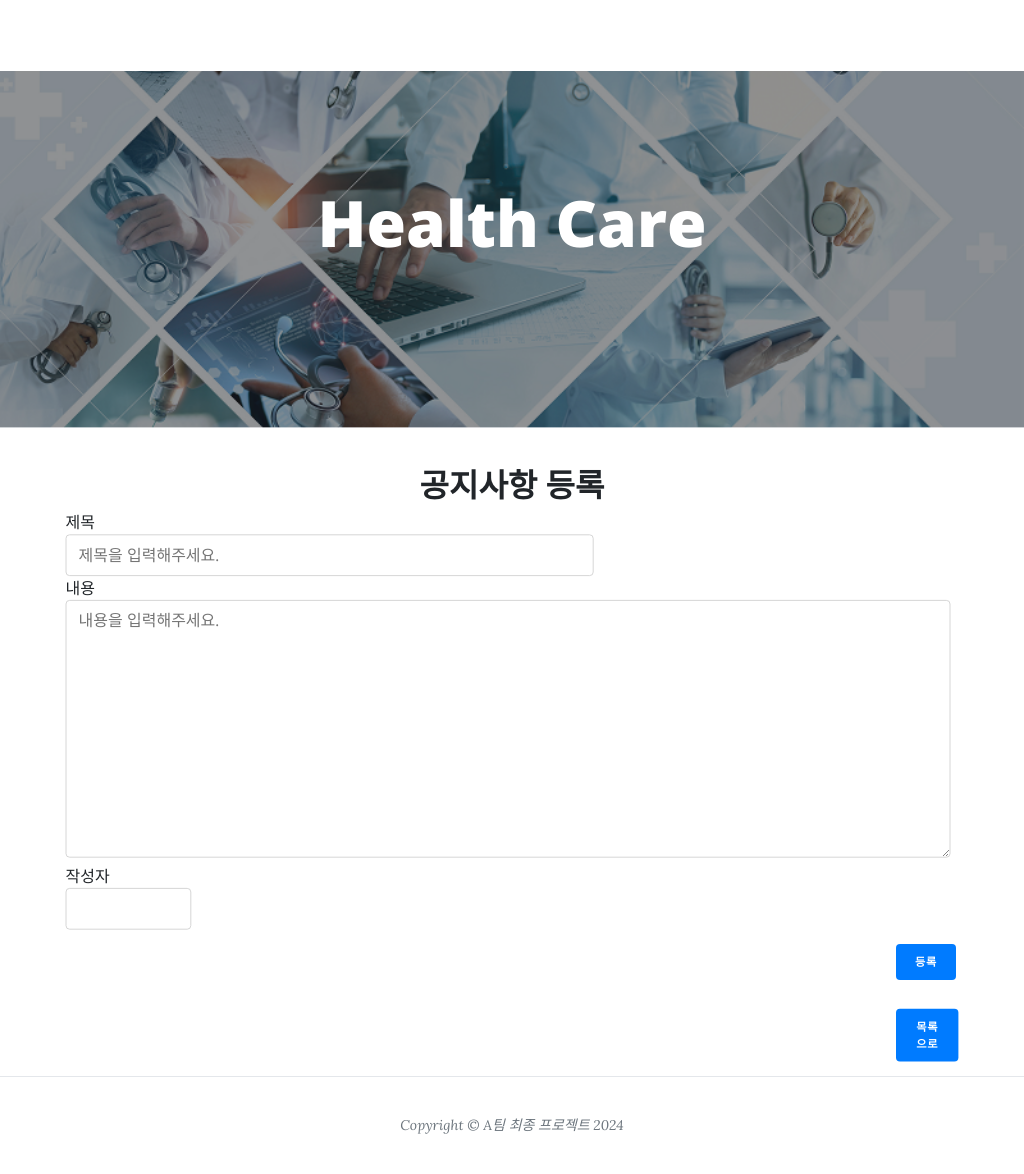
Repository: honsb91/project
Page: http://localhost/hospital/WEB-INF/views/board/notwriter.jsp
An editor plug-in stored every save of this project. The page is shown before and after the next save, followed by the edit.
The browser window is 1280 px wide. The pictures show the whole page, at 80% of full size.
Some web libraries are served in a nearby version. The page is served by Tomcat 9. Nobody is signed in. Other server files are loaded and not shown. The template is opened directly, without the code that normally fills it, so the values that code supplies are empty.

Above is the page before, as saved 2024-02-07 04:05:55.

### hospital/src/main/webapp/WEB-INF/views/board/notwriter.jsp
<%@ page language="java" contentType="text/html; charset=UTF-8"
    pageEncoding="UTF-8"%>
<!DOCTYPE html>
<html>
<head>
<meta charset="UTF-8">
<title>Insert title here</title>
</head>
<link rel="stylesheet" href="/resources/css/board/notwriter.css">
<script src="https://ajax.googleapis.com/ajax/libs/jquery/3.3.1/jquery.min.js"></script>
<body>
<jsp:include page="/WEB-INF/views/include/header.jsp"/>
<h1>공지사항 등록</h1>
<form id="notice_form" action="/board/notwriter" method="post">
<div class="container">
    <div class="form-container">
        <div class="menu">제목</div>
           <input type="text" name="notice_title" class="notice-subject" placeholder=" 제목을 입력해주세요.">
    </div>
    <div class="form-container">
        <div class="menu">내용</div>
           <textarea name="notice_content" cols="30" rows="10" placeholder=" 내용을 입력해주세요." class="content"></textarea>
    </div>
    <div class="form-container">
        <div class="menu">작성자</div>
        <input type="text" name="notice_writer" id="writer" class="notice-subject">
    </div>
    <div class="button-container">
    <button type="submit" class="btn">등록</button>
    <button type="button" class="btn" id="notice_list">목록으로</button>
    </div>
    </div>
</form>
<jsp:include page="/WEB-INF/views/include/footer.jsp"/>
</body>
<script>
$(document).ready(function(){
    $("#notice_list").click(function(){
        // 목록 페이지로 이동
        window.location.href = "/board/notice";
    });
});
</script>
</html>

### hospital/src/main/webapp/WEB-INF/views/include/header.jsp
<%@ page language="java" contentType="text/html; charset=UTF-8"
	pageEncoding="UTF-8"%>
<%@ taglib prefix="c" uri="http://java.sun.com/jsp/jstl/core"%>
<meta charset="UTF-8">`
<title>Insert title here</title>
<head>
<meta charset="utf-8" />
<meta name="viewport" content="width=device-width, initial-scale=1, shrink-to-fit=no" />
<meta name="description" content="" />
<meta name="author" content="" />
<link rel="icon" type="image/x-icon" href="/resources/assets/favicon.ico" />
<script src="https://use.fontawesome.com/releases/v6.3.0/js/all.js" crossorigin="anonymous"></script>
<link href="https://fonts.googleapis.com/css?family=Lora:400,700,400italic,700italic" rel="stylesheet" type="text/css" />
<link href="https://fonts.googleapis.com/css?family=Open+Sans:300italic,400italic,600italic,700italic,800italic,400,300,600,700,800"
	rel="stylesheet" type="text/css" />
<link href="/resources/css/styles.css" rel="stylesheet" />
</head>
<body>
	<!-- Navigation-->
	<nav class="navbar navbar-expand-lg navbar-light" id="mainNav">
		<div class="container px-4 px-lg-5">
			<a class="navbar-brand" href="/main">Health Care</a>
			<button class="navbar-toggler" type="button"
				data-bs-toggle="collapse" data-bs-target="#navbarResponsive"
				aria-controls="navbarResponsive" aria-expanded="false"
				aria-label="Toggle navigation">
				Menu <i class="fas fa-bars"></i>
			</button>
			<div class="collapse navbar-collapse" id="navbarResponsive">
				<ul class="navbar-nav ms-auto py-4 py-lg-0 ">
    				<li class="nav-item"><a class="nav-link px-lg-3 py-3 py-lg-4" href="/main">Home</a></li>
    				<!-- 관리자로 로그인시 faq 와 공지사항은 안보이게 처리-->
    				<c:if test="${empty admin}">
    					<li class="nav-item"><a class="nav-link px-lg-3 py-3 py-lg-4" href="<c:url value='/board/faq'/>">FAQ</a></li>
    					<li class="nav-item"><a class="nav-link px-lg-3 py-3 py-lg-4" href="<c:url value='/board/notice'/>">공지사항</a></li>
    					<li class="nav-item"><a class="nav-link px-lg-3 py-3 py-lg-4" href="<c:url value='/board/qsboard'/>">질문게시판</a></li>
    				</c:if>

    				<c:if test="${empty patient and empty admin}">
        			<!-- 로그인 안 된 경우 -->
        				<li class="nav-item"><a class="nav-link px-lg-3 py-3 py-lg-4" href="<c:url value='/member/login'/>">로그인</a></li>
        				<li class="nav-item"><a class="nav-link px-lg-3 py-3 py-lg-4" href="<c:url value='/admin/login'/>">관리자 로그인</a></li>
        				<li class="nav-item"><a class="nav-link px-lg-3 py-3 py-lg-4" href="<c:url value='/member/join'/>">회원가입</a></li>
    				</c:if>

    				<c:if test="${not empty patient}">
        			<!-- 일반 회원으로 로그인된 경우 -->
        				<li class="nav-item"><a class="nav-link px-lg-3 py-3 py-lg-4" href="<c:url value='/member/logout'/>">로그아웃</a></li>
    				</c:if>

    				<c:if test="${not empty admin}">
        			<!-- 관리자로 로그인된 경우 -->
        				<li class="nav-item"><a class="nav-link px-lg-3 py-3 py-lg-4" href="<c:url value='/board/patient'/>">환자정보 관리</a></li>
        				<li class="nav-item"><a class="nav-link px-lg-3 py-3 py-lg-4" href="<c:url value='/board/faq'/>">FAQ 관리</a></li>
        				<li class="nav-item"><a class="nav-link px-lg-3 py-3 py-lg-4" href="<c:url value='/board/notice'/>">공지사항 관리</a></li>
        				<li class="nav-item"><a class="nav-link px-lg-3 py-3 py-lg-4" href="<c:url value='/admin/logout'/>">로그아웃</a></li>
    				</c:if>
				</ul>
			</div>
		</div>
	</nav>
	<!-- Page Header-->
	<header class="masthead" style="background-image: url('/resources/assets/img/test4.png')">
		<div class="container position-relative px-4 px-lg-5">
			<div class="row gx-4 gx-lg-5 justify-content-center">
				<div class="col-md-10 col-lg-8 col-xl-7">
					<div class="site-heading">
						<h1>Health Care</h1>
					</div>
				</div>
			</div>
		</div>
	</header>

### hospital/src/main/webapp/WEB-INF/views/include/footer.jsp
<%@ page language="java" contentType="text/html; charset=UTF-8"
    pageEncoding="UTF-8"%>
<!DOCTYPE html>
<html>
<head>
<meta charset="UTF-8">
<title>Insert title here</title>
</head>
<body>
<footer class="border-top">
		<div class="container px-4 px-lg-5">
			<div class="row gx-4 gx-lg-5 justify-content-center">
				<div class="col-md-10 col-lg-8 col-xl-7">
					<div class="small text-center text-muted fst-italic">Copyright
						&copy; A팀 최종 프로젝트 2024</div>
				</div>
			</div>
		</div>
	</footer>
	<!-- Bootstrap core JS-->
	<script
		src="https://cdn.jsdelivr.net/npm/bootstrap@5.2.3/dist/js/bootstrap.bundle.min.js"></script>
	<!-- Core theme JS-->
	<script src="js/scripts.js"></script>
</body>
</html>

### hospital/src/main/webapp/resources/css/board/notwriter.css

h1 {
    text-align: center;
}

/* form {
    max-width: 4000px;
    margin: 0 auto;
} */

input[type="text"]{
	width: calc(60% - 10px);
    padding: 10px;
    border-radius: 5px;
    border: 1px solid #ccc;
}

textarea {
    width: calc(100% - 10px);
    padding: 10px;
    border-radius: 5px;
    border: 1px solid #ccc;
}

#writer{
	width: calc(15% - 10px);
    padding: 10px;
    border-radius: 5px;
    border: 1px solid #ccc;
}

button.btn {
    padding: 12px 24px;
    background-color: #007bff;
    color: #fff;
    border: none;
    border-radius: 5px;
    cursor: pointer;
    margin-top: 18px;
    margin-bottom: 18px;
    margin-left: 93%;
}
button.btn:hover {
    background-color: #4da6ff; /* 호버 시 배경색 변경 */
}

#notice_list{
	padding: 12px 24px;
    background-color: #007bff;
    color: #fff;
    border: none;
    border-radius: 5px;
    cursor: pointer;
    margin-bottom: 18px;
}

### hospital/src/main/webapp/resources/js/scripts.js
/*!
* Start Bootstrap - Clean Blog v6.0.9 (https://startbootstrap.com/theme/clean-blog)
* Copyright 2013-2023 Start Bootstrap
* Licensed under MIT (https://github.com/StartBootstrap/startbootstrap-clean-blog/blob/master/LICENSE)
*/
window.addEventListener('DOMContentLoaded', () => {
    let scrollPos = 0;
    const mainNav = document.getElementById('mainNav');
    const headerHeight = mainNav.clientHeight;
    window.addEventListener('scroll', function() {
        const currentTop = document.body.getBoundingClientRect().top * -1;
        if ( currentTop < scrollPos) {
            // Scrolling Up
            if (currentTop > 0 && mainNav.classList.contains('is-fixed')) {
                mainNav.classList.add('is-visible');
            } else {
                console.log(123);
                mainNav.classList.remove('is-visible', 'is-fixed');
            }
        } else {
            // Scrolling Down
            mainNav.classList.remove(['is-visible']);
            if (currentTop > headerHeight && !mainNav.classList.contains('is-fixed')) {
                mainNav.classList.add('is-fixed');
            }
        }
        scrollPos = currentTop;
    });
})

Loaded but not shown: hospital/src/main/webapp/resources/css/styles.css (library)

After the next save:
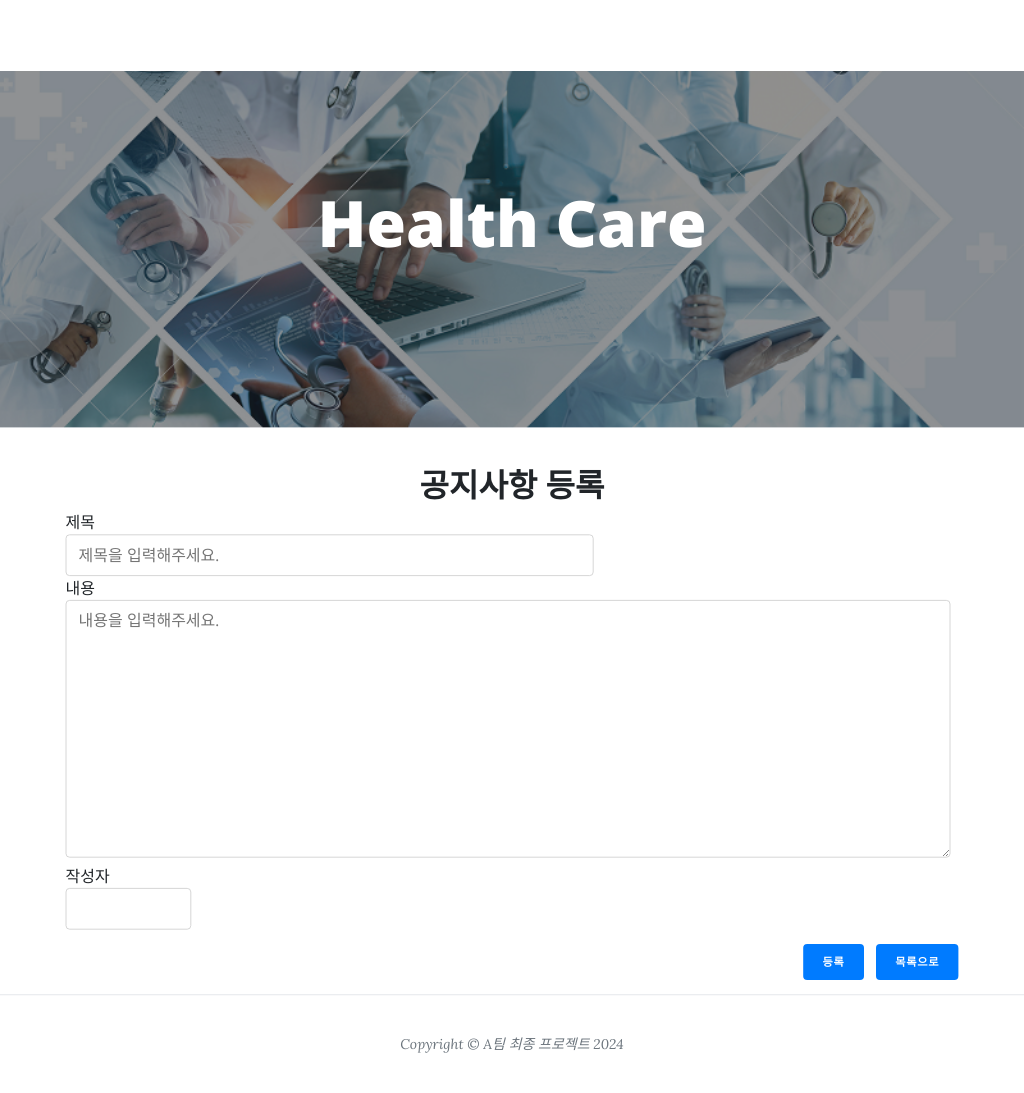
Saved 2 min 11 s later.
--- a/hospital/src/main/webapp/resources/css/board/notwriter.css
+++ b/hospital/src/main/webapp/resources/css/board/notwriter.css
@@ -53,3 +53,11 @@ button.btn:hover {
     cursor: pointer;
     margin-bottom: 18px;
 }
+
+.button-container {
+    text-align: right; /* 버튼을 오른쪽으로 정렬합니다. */
+}
+
+.button-container button {
+    margin-left: 10px; /* 버튼 사이의 간격을 설정합니다. */
+}
